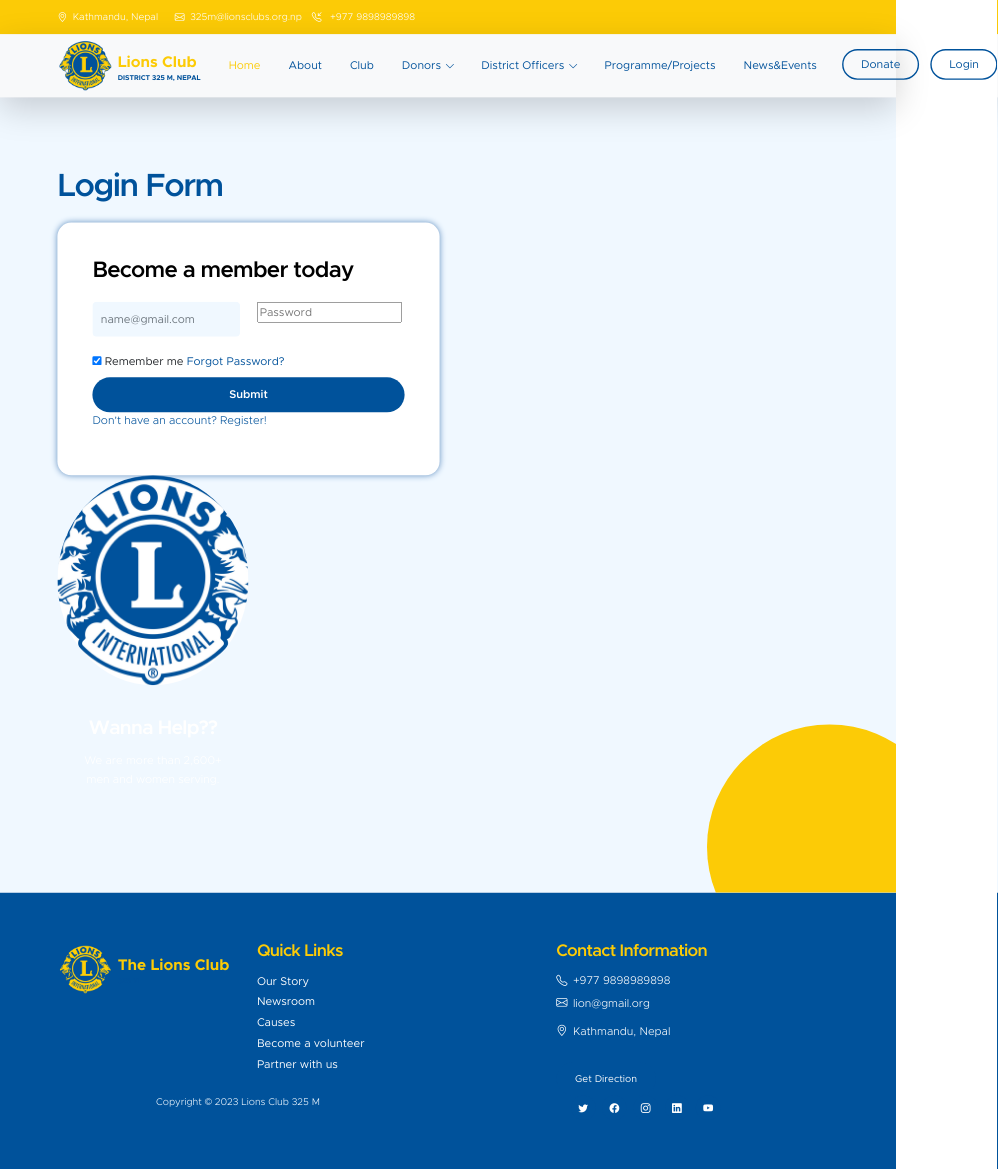
Repository: sandhya8109/Lions
Page: http://localhost/login.php
The author's editor kept a copy of each file at every save. The page is drawn from the files as they stood at one save, then again after the next save.
The browser window is 1280 px wide. The page is 1425 px wide, so the pictures cover 1425 px, including what lies to the right of the window. The pictures show the whole page, at 70% of full size.
The page is run by PHP 8.4 with error messages shown; the project is at /var/www/html/.

Above is the page before, as saved 2023-06-18 12:01:21.
Console error: TypeError: Cannot read properties of undefined (reading 'top')

After the next save:
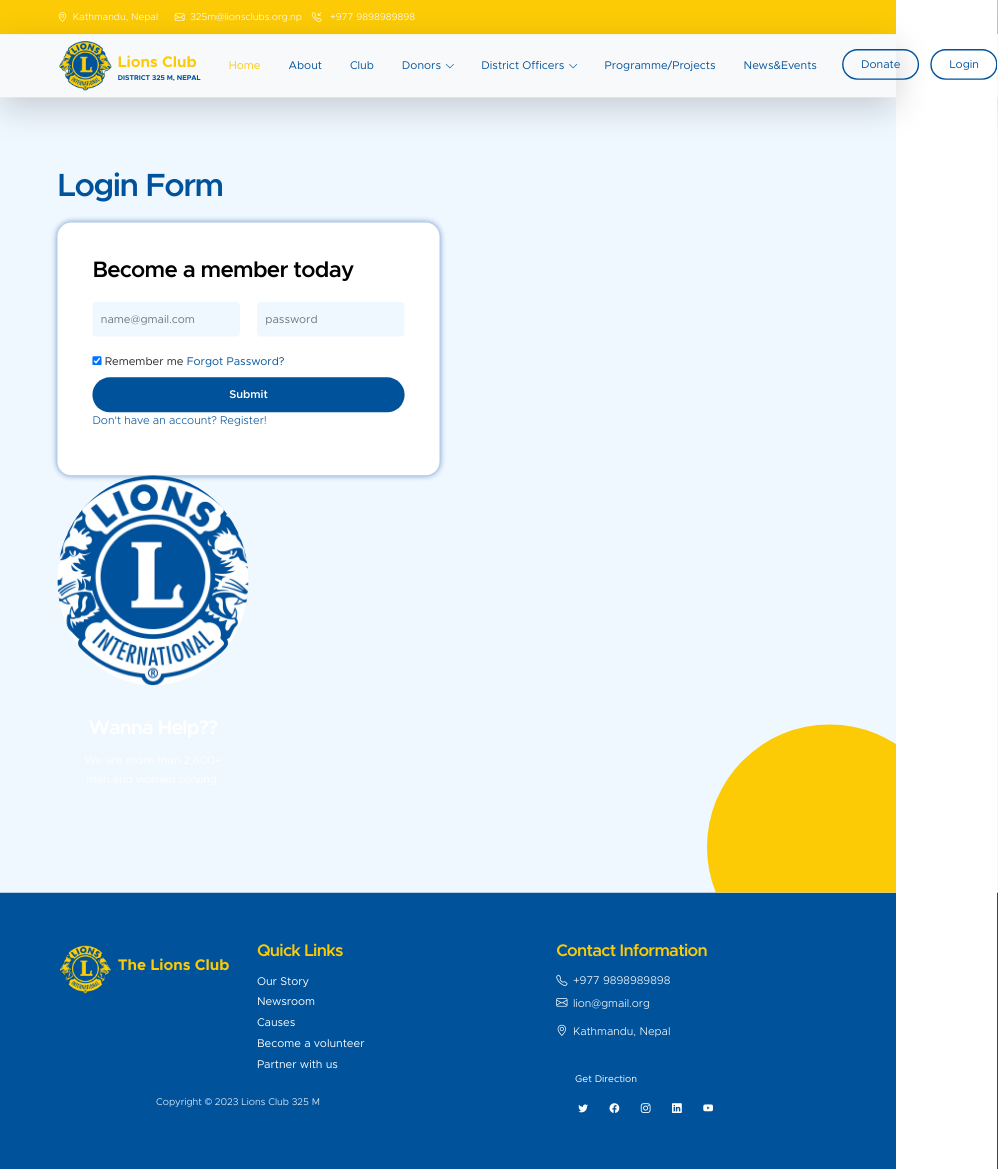
Saved 65 s later.
--- a/login.php
+++ b/login.php
@@ -18,7 +18,8 @@
                                 class="form-control" placeholder="name@gmail.com" required>
                         </div>
                         <div class="col-lg-6 col-12">
-                            <input type="password" name="password" class="input" required placeholder="Password">
+                            <input type="text" name="volunteer-subject" id="volunteer-subject" class="form-control"
+                                placeholder="password" required>
                         </div>
                     </div>
                     <div class="checkbox">
